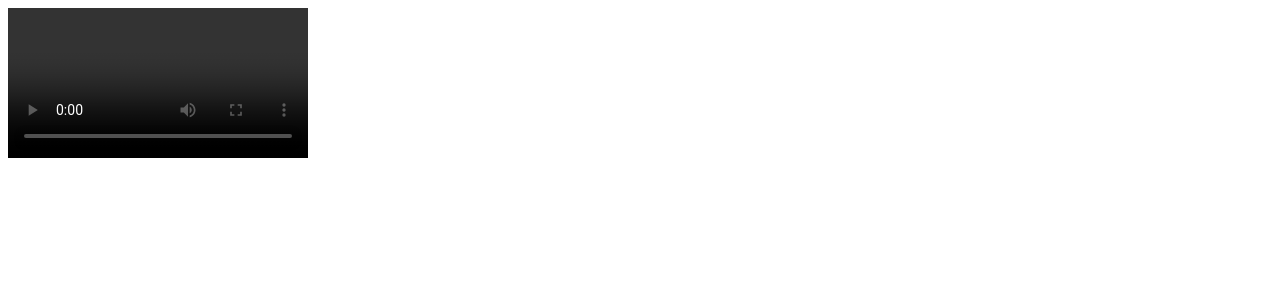
Repository: Priyanshubhartistm/webDev
Page: CSS Que and camera App/Camera/index.html
The author's editor kept a copy of each file at every save. The page is drawn from the files as they stood at one save, then again after the next save.
The browser window is 1280 px wide. The pictures show the whole page.

Above is the page before, as saved 2021-06-10 19:35:21.

### CSS Que and camera App/Camera/index.html
<!DOCTYPE html>
<html lang="en">
<head>
    <meta charset="UTF-8">
    <meta http-equiv="X-UA-Compatible" content="IE=edge">
    <meta name="viewport" content="width=device-width, initial-scale=1.0">
    <title>Document</title>
</head>
<body>
    <video  controls autoplay> </video>

    <script>
     navigator.mediaDevices
     .getUserMedia({video: true, audio: true})
     .then (function(mediaStream){
         video.srcobject= mediaStream;
     });


    </script>
</body>
</html>

After the next save:
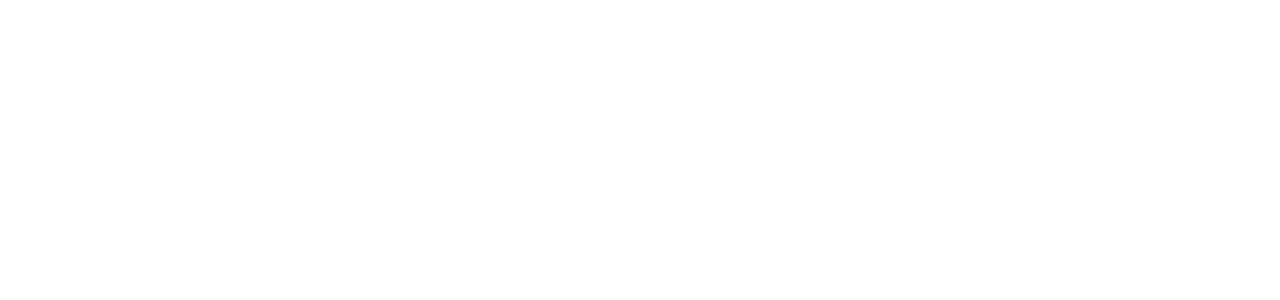
Saved 5 s later.
--- a/CSS Que and camera App/Camera/index.html
+++ b/CSS Que and camera App/Camera/index.html
@@ -7,7 +7,7 @@
     <title>Document</title>
 </head>
 <body>
-    <video  controls autoplay> </video>
+    <videocontrols autoplay> </video>
 
     <script>
      navigator.mediaDevices

After the save that followed:
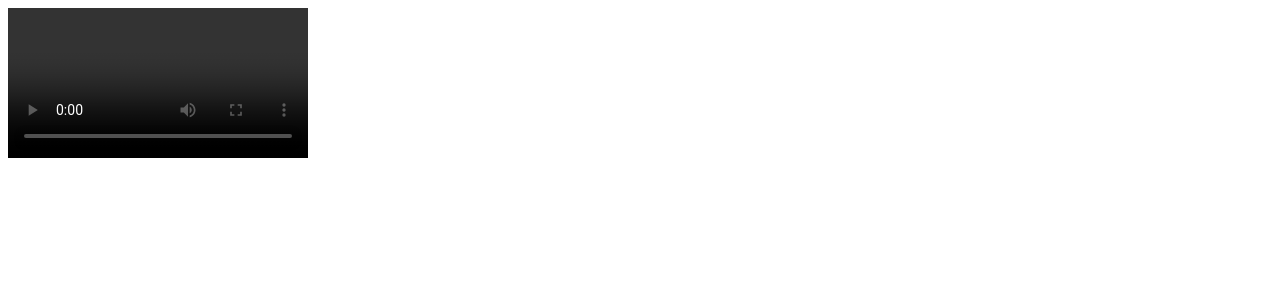
Saved 1 s later.
--- a/CSS Que and camera App/Camera/index.html
+++ b/CSS Que and camera App/Camera/index.html
@@ -7,7 +7,7 @@
     <title>Document</title>
 </head>
 <body>
-    <videocontrols autoplay> </video>
+    <video controls autoplay> </video>
 
     <script>
      navigator.mediaDevices
